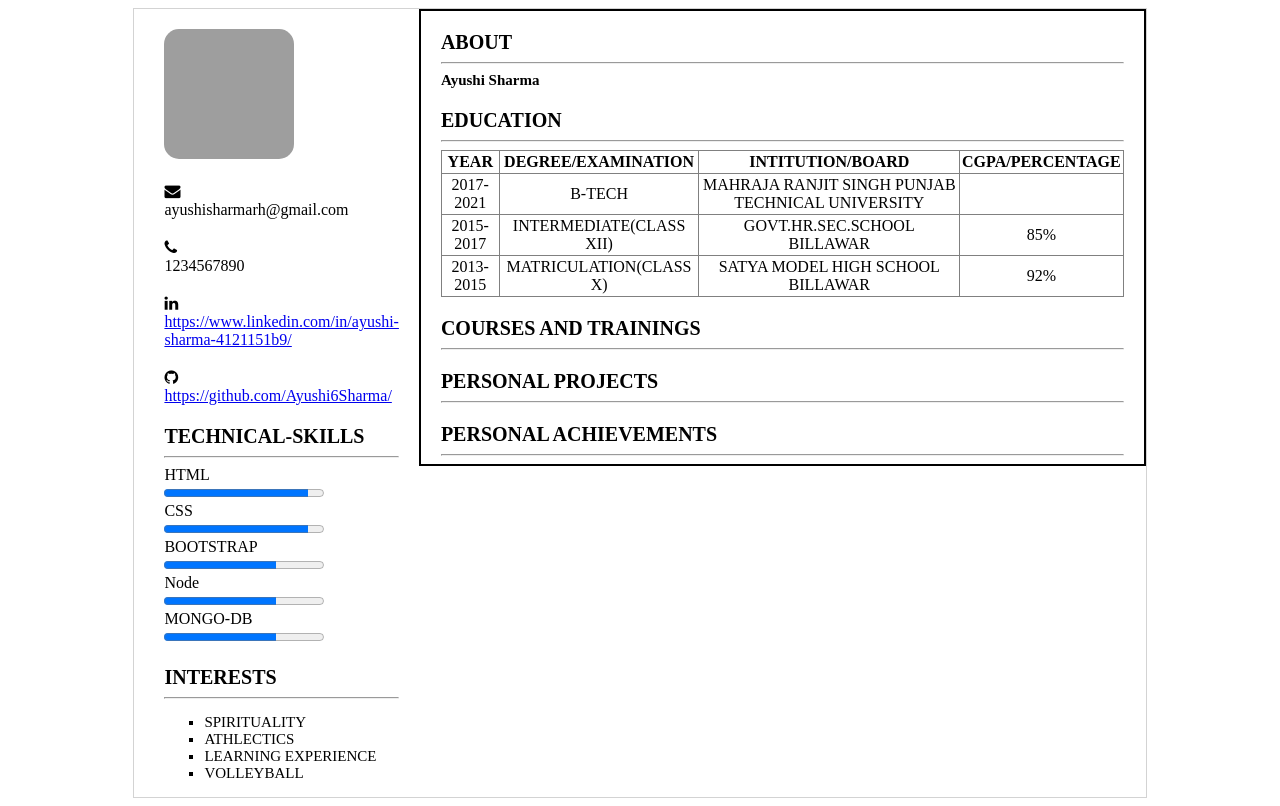
Repository: Ayushi6Sharma/Resume
Page: index.html
An editor plug-in stored every save of this project. The page is shown before and after the next save, followed by the edit.
The browser window is 1280 px wide. The pictures show the whole page.
Pictures or frames that could not be fetched are drawn as grey boxes.

Above is the page before, as saved 2022-05-04 12:27:54.

### index.html
<!DOCTYPE html>
<html lang="en">
    <head>
        <meta charset="utf-8">
        <meta http-equiv="X-UA-Compatible" content="IE=edge">
        <meta name="viewport" content="width=device-width, initial-scale=1">
        <meta name="description" content="Responsive resume for companies">
        <meta name="author" content="Ayushi Sharma">
        <div class="profile-linkedin"></div>
        <link rel="stylesheet" href="style.css">
        <!-- <link rel="stylesheet" href="https://cdn.jsdelivr.net/npm/@fortawesome/fontawesome-free@5.15.4/css/fontawesome.min.css" integrity="sha384-jLKHWM3JRmfMU0A5x5AkjWkw/EYfGUAGagvnfryNV3F9VqM98XiIH7VBGVoxVSc7" crossorigin="anonymous"> -->
        <!-- <link href="https://cdnjs.cloudflare.com/ajax/libs/font-awesome/5.13.0/css/all.min.css" rel="stylesheet"> -->
        <link rel="stylesheet" href="https://stackpath.bootstrapcdn.com/font-awesome/4.7.0/css/font-awesome.min.css" integrity="sha384-wvfXpqpZZVQGK6TAh5PVlGOfQNHSoD2xbE+QkPxCAFlNEevoEH3Sl0sibVcOQVnN" crossorigin="anonymous">
        <title>Resume</title>
    </head>
    <body>
        <main class="main-content" contenteditable="false">
            <section>
                <div class="left-main-content">
                    <!-- Profile data -->
                    <div class="profile-data">
                        <div class="profile-image">
                           <img src="https://d3dyfaf3iutrxo.cloudfront.net/thumbnail/user/6c8447b7ed274991ae4f61d43667a32b.jpeg" class="img">
                        </div>
                        <div class="profile-email">
                            <div class="email-icon">
                                <i class="fa fa-envelope"></i>
                            </div>
                            <div class="email-address">
                                ayushisharmarh@gmail.com
                            </div>
                        </div>
                        <div class="profile-contact">
                            <div class="phone-icon">
                                <i class="fa fa-phone"></i>
                            </div>
                            <div class="phone-number">
                                1234567890
                            </div>
                        </div>
                        <div class="profile-linkedin">
                            <div class="linkedid-icon">
                                <i class="fa fa-linkedin"></i>
                            </div>
                            <div class="linkedin-account">
                                <a href="https://www.linkedin.com/in/ayushi-sharma-4121151b9/">https://www.linkedin.com/in/ayushi-sharma-4121151b9/</a>
                            </div>
                        </div>
                        <div class="profile-github">
                            <div class="github-icon">
                                <i class="fa fa-github"></i>
                            </div>
                            <div class="github account-account">
                               <a href="https://github.com/Ayushi6Sharma/">https://github.com/Ayushi6Sharma/</a>
                            </div>
                        </div>
                    </div>
                    <!-- Technical Skills -->
                    <div class="technical-skills">
                        <div class="title">
                            TECHNICAL-SKILLS
                        </div>
                        <hr>
                        <div class="skills">
                            <div class="skill-item">
                                HTML
                            </div>
                            <div class="skill-knowledge">
                                <progress value="90" max="100" class="bar"></progress>
                            </div>
                        </div>
                        <div class="skills">
                            <div class="skill-item">
                                CSS
                            </div>
                            <div class="skill-knowledge">
                                <progress value="90" max="100" class="bar"></progress>
                            </div>
                        </div>
                        <div class="skills">
                            <div class="skill-item">
                                BOOTSTRAP
                            </div>
                            <div class="skill-knowledge">
                                <progress value="70" max="100" class="bar"></progress>
                            </div>
                        </div>
                        <div class="skills">
                            <div class="skill-item">
                                Node
                            </div>
                            <div class="skill-knowledge">
                                <progress value="70" max="100" class="bar"></progress>
                            </div>
                        </div>
                        <div class="skills">
                            <div class="skill-item">
                                MONGO-DB
                            </div>
                            <div class="skill-knowledge">
                                <progress value="70" max="100" class="bar"></progress>
                            </div>
                        </div>
                    </div>
                    <!-- Interests -->
                    <div class="Interests">
                        <div class="title">
                            INTERESTS
                        </div>
                        <hr>
                        <ol class="interest-items">
                            <li>SPIRITUALITY</li>
                            <li>ATHLECTICS</li>
                            <li>LEARNING EXPERIENCE</li>
                            <li>VOLLEYBALL</li>
                        </ol>

                    </div>

                </div>

            </section>
            <section>
                <div class="right-main-content">
                     <div class="about">
                        <div class="title">
                            ABOUT
                        </div>
                        <hr>
                         <div class="name">Ayushi Sharma</div>
                         <div class="details">

                         </div>
                     </div>
                     <div class="education">
                         <div class="title">
                             EDUCATION
                         </div>
                         <hr>
                         <div class="eduction-table">
                             <table>
                                 <thead>
                                     <tr>
                                         <th>YEAR</th>
                                         <th>DEGREE/EXAMINATION</th>
                                         <th>INTITUTION/BOARD</th>
                                         <th>CGPA/PERCENTAGE</th>
                                     </tr>
                                 </thead>
                                 <tr>
                                     <td>
                                         2017-2021
                                     </td>
                                     <td>
                                        B-TECH
                                     </td>
                                     <td>MAHRAJA RANJIT SINGH PUNJAB TECHNICAL UNIVERSITY</td>
                                     <td></td>
                                 </tr>
                                 <tr>
                                    <td>
                                        2015-2017
                                    </td>
                                    <td>
                                       INTERMEDIATE(CLASS XII)
                                    </td>
                                    <td>GOVT.HR.SEC.SCHOOL BILLAWAR</td>
                                    <td>
                                        85%
                                    </td>
                                </tr>
                                <tr>
                                    <td>
                                        2013-2015
                                    </td>
                                    <td>
                                       MATRICULATION(CLASS X)
                                    </td>
                                    <td>SATYA MODEL HIGH SCHOOL BILLAWAR</td>
                                    <td>
                                        92%
                                    </td>
                                </tr>
                             </table>
                         </div>
                     </div>
                     <div class="courses-and-trainings">
                         <div class="title">COURSES AND TRAININGS</div>
                         <hr>
                     </div>
                     <div class="personal-projects">
                        <div class="title">
                            PERSONAL PROJECTS
                        </div>
                        <hr>
                     </div>
                     <div class="personal-achievements">
                        <div class="title">
                            PERSONAL ACHIEVEMENTS
                        </div>
                        <hr>
                     </div>

                </div>
            </section>
        </main>
    </body>
</html>

### style.css

.main-content
{
    display: grid;
    grid-template-columns:1fr 3fr;
    width:80%;
    margin: auto;
    border:1px solid lightgrey;
}
.left-main-content
 {
     /* grid-column: span 1; */
    /* border:2px solid black; */
    padding-left: 30px;
    padding-right: 20px;
}
.right-main-content
{
    /* grid-column: span 1/span 2; */
    border: 2px solid black;
    padding-left:20px;
    padding-right: 20px;
}
.profile-data > div{
    margin-top: 20px;
}
/* profile data */
.img
{
    width:130px;
    height:130px;
    border-radius:15px;
}
/* technical skills */
.title{
    margin-top: 20px;
    font-weight: bold;
    font-size: 20px;
    /* color:red; */
}
/* progress{
    color: aquamarine;
} */
/* .bar
{
    border-radius:0px;
    background-color: aqua;
} */
/* Interest */
.interest-items{
    list-style-type: square;
    font-size: 15px;
}
/* Right main content */
.name
{
    font-weight:bold;
    font-size:15px;
}
/* EDUCTAION */
table,th,td
{
    border:1px solid grey;
    border-collapse: collapse;
    text-align: center;
    padding:2px;
    /* font-size: 1vw; */
}
/* media queries for responsive page */
@media only screen and (min-width:320px) and (max-width:480px)
{
    .title
    {
        font-size: 10px;
    }
}
@media only screen and (min-width:481px) and (max-width:768px)
{
    .main-content
    {
        grid-template-columns:repeat(1,1fr);
        width:100%;
    }
    table
    {
        font-size: 10px;
    }
}

After the next save:
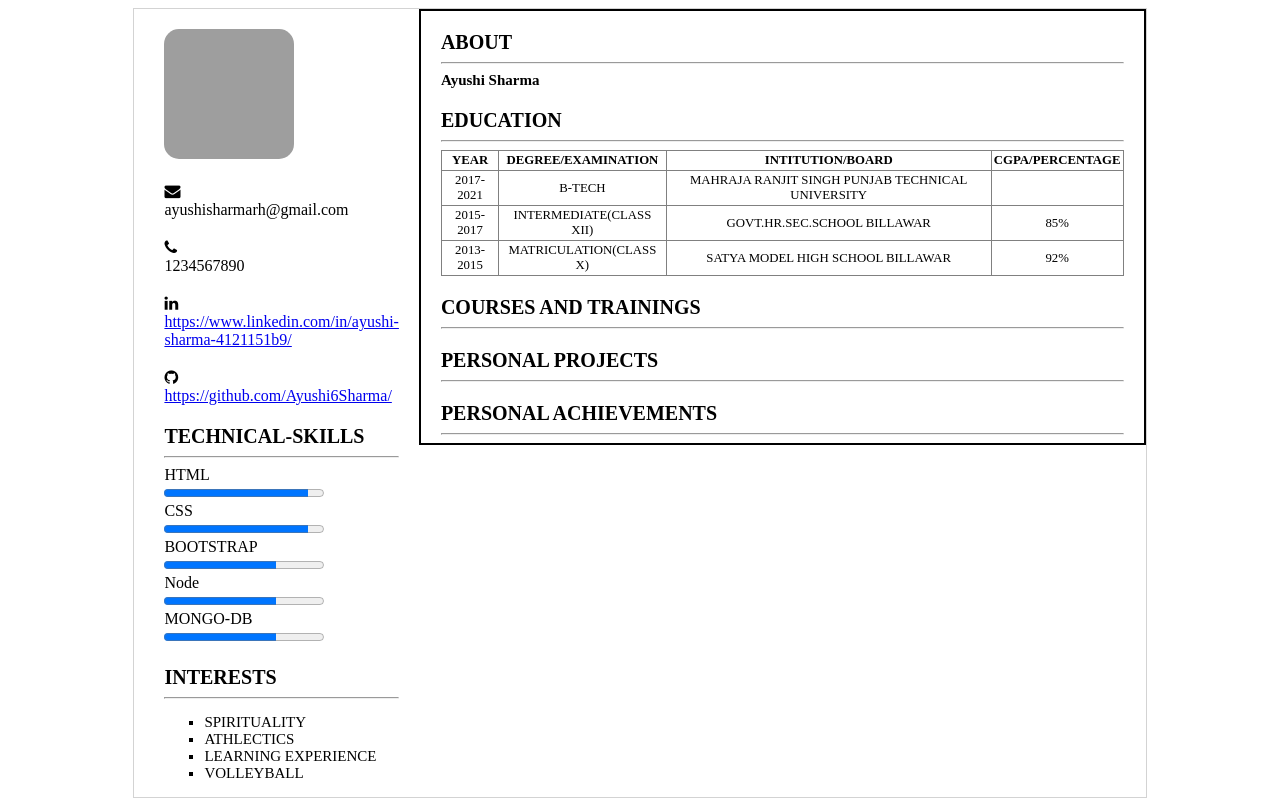
Saved 86 s later.
--- a/style.css
+++ b/style.css
@@ -64,7 +64,7 @@ table,th,td
     border-collapse: collapse;
     text-align: center;
     padding:2px;
-    /* font-size: 1vw; */
+    font-size: 1vw;
 }
 /* media queries for responsive page */
 @media only screen and (min-width:320px) and (max-width:480px)
